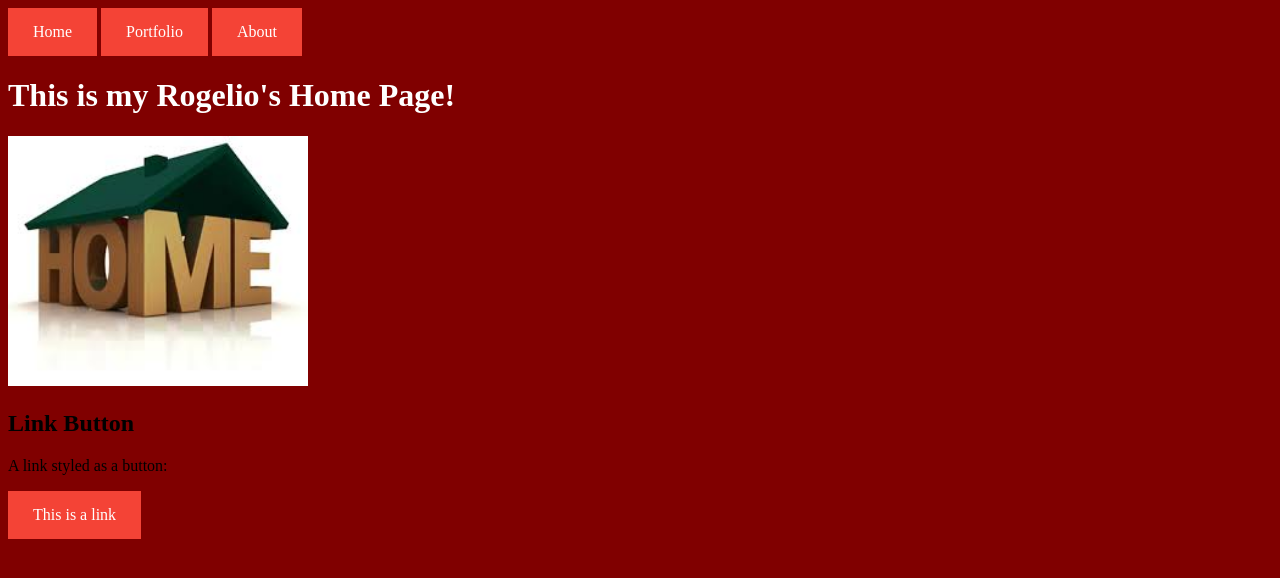
Repository: ralcocer1890/ralcocer1890.github.io
Page: my_website/index.html
The author's editor kept a record of every edit. The page is drawn from the files as they stood at one moment, then again after the next edit.
The browser window is 1280 px wide. The pictures show the whole page.

Above is the page before.

### my_website/index.html
<!doctype html>
<html lang="en">
  <head>

    <meta charset="utf-8">
    <title>Home</title>
  </head>
  <body>
    <a href="index.html">Home</a>
    <a href="portfolio.html">Portfolio</a>
    <a href="about.html">About</a>
    <h1>This is my Rogelio's Home Page!</h1>
    <img src="images/home.jpg" height="250">

    <style>
h1 {color:white;}
</style>

<body style="background-color:Maroon;">

  <style>
a:link, a:visited {
  background-color: #f44336;
  color: white;
  padding: 15px 25px;
  text-align: center;
  text-decoration: none;
  display: inline-block;
}

a:hover, a:active {
  background-color: red;
}
</style>
</head>
<body>

<h2>Link Button</h2>
<p>A link styled as a button:</p>
<a href="default.asp" target="_blank">This is a link</a>

  </body>
</html>

After the next edit:
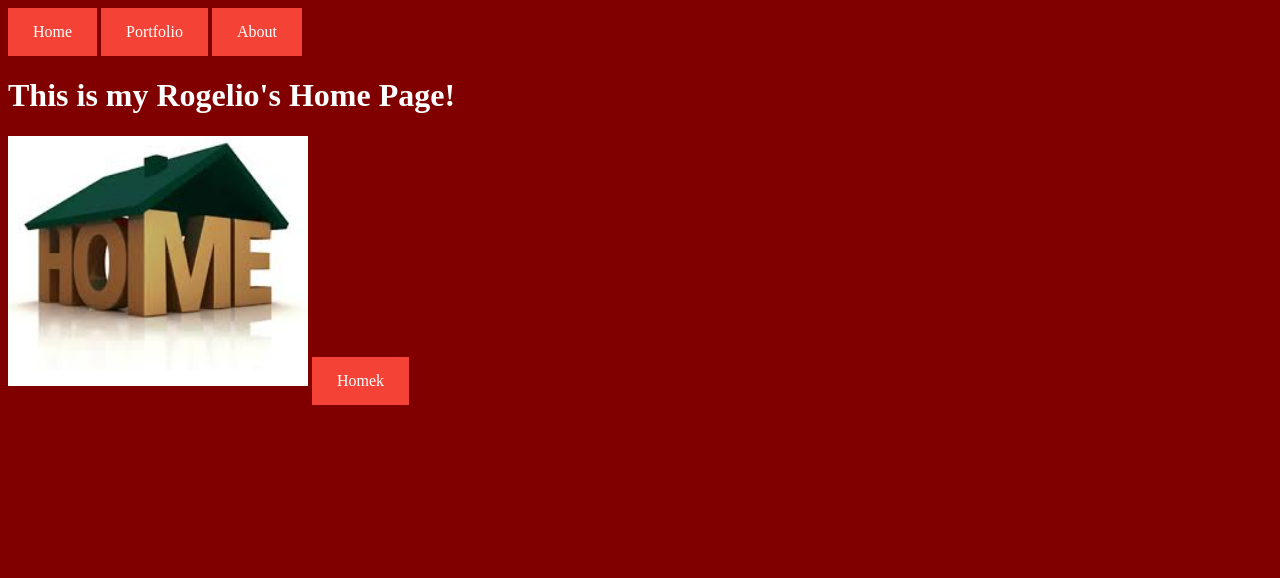
The edit:
--- a/my_website/index.html
+++ b/my_website/index.html
@@ -35,9 +35,7 @@
 </head>
 <body>
 
-<h2>Link Button</h2>
-<p>A link styled as a button:</p>
-<a href="default.asp" target="_blank">This is a link</a>
+<a href="index.html" target="_blank">Homek</a>
 
   </body>
 </html>
